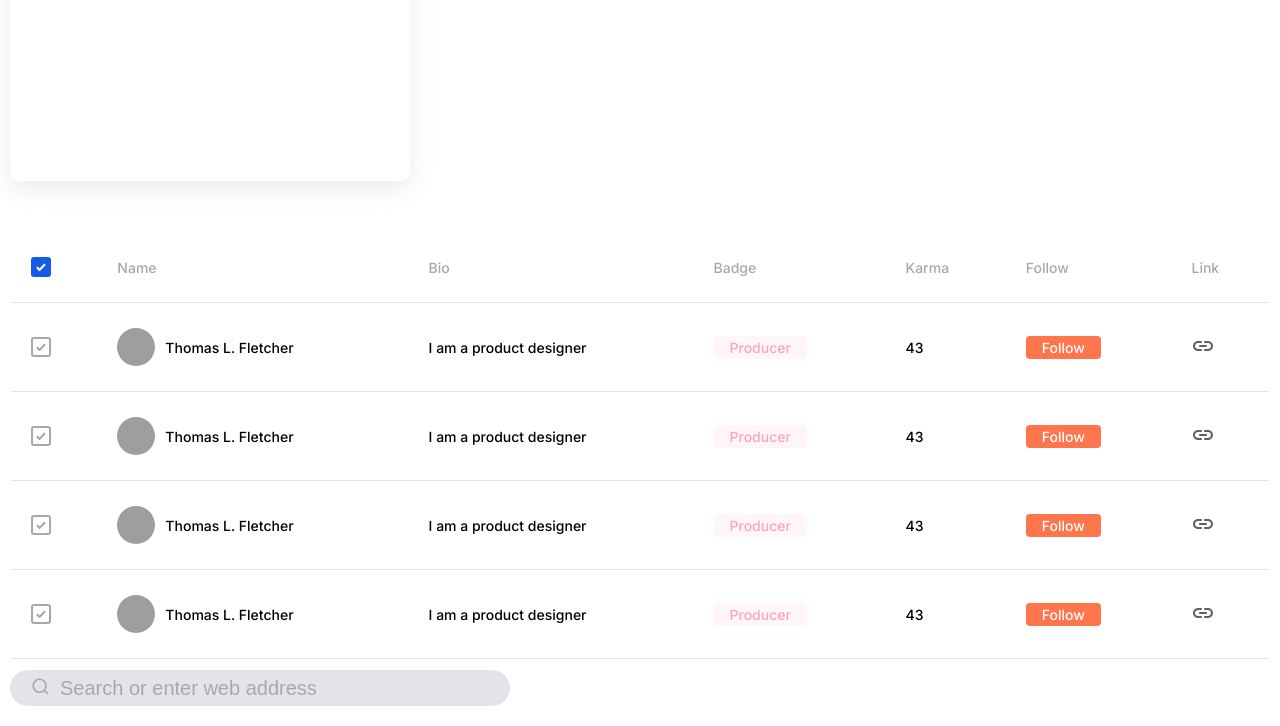
Repository: anhphapap/CSS
Page: test.html
These files come from the project's save history. The page is drawn as it stood at one moment and after the next save; the edit follows.
The browser window is 1280 px wide. The pictures show the part of the page from y = 642 to 1408 px (the page is 1368 px tall before and 1408 px after).
Pictures or frames that could not be fetched are drawn as grey boxes. A picture or video elsewhere on the page could not be fetched, so the positions and the page height are approximate.

Above is the page before, as saved 2023-04-09 22:17:17.

After the next save:
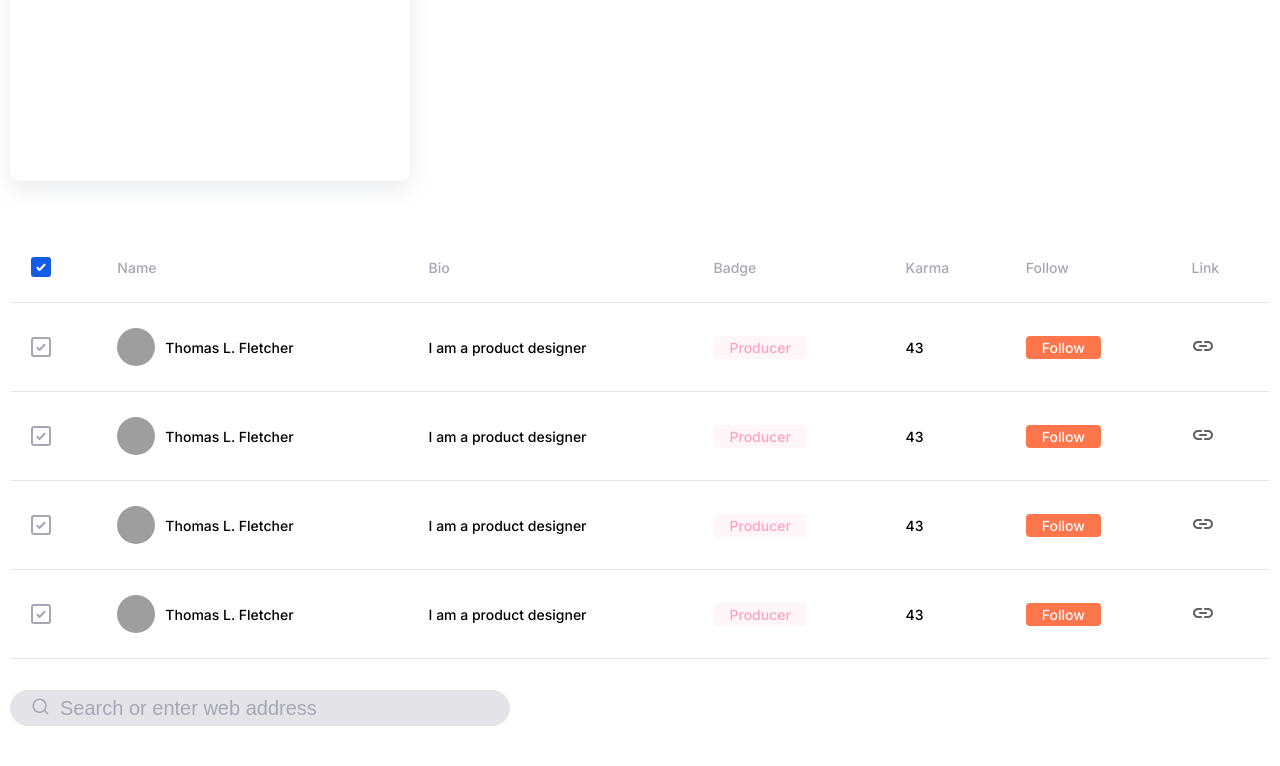
Saved 8 s later.
--- a/CSS/test.css
+++ b/CSS/test.css
@@ -385,7 +385,7 @@ td,th{
 
 .input-cus{
     position: relative;
-    margin-block: 10px;
+    margin-block: 30px;
 }
 
 .input-search{
